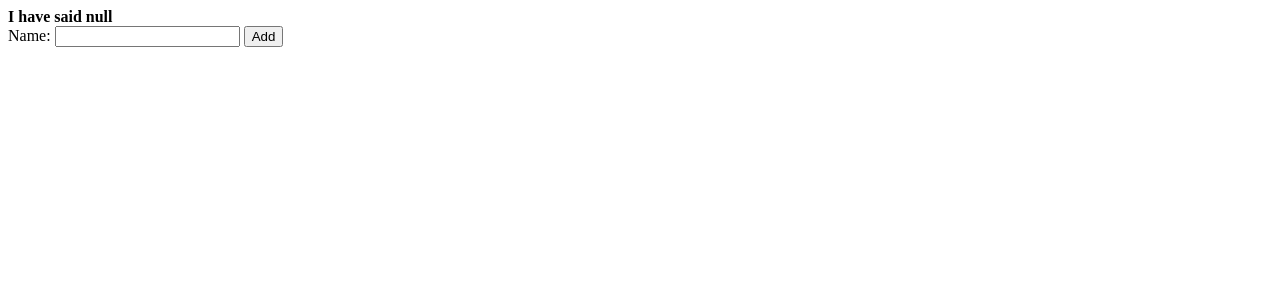
Repository: Mujaddin/Java_Servlet_3
Page: http://localhost/MitraisServlet/Servlet
These files come from the project's save history. The page is drawn as it stood at one moment and after the next save; the edit follows.
The browser window is 1280 px wide. The pictures show the whole page.
The page is served by Tomcat 9. Other server files are loaded and not shown.

Above is the page before, as saved 2017-04-21 04:13:30.

### project4-exercise/MitraisServlet/WebContent/hello.jsp
<%@page import="serveltPackage.Student"%>
<%@page import="java.util.ArrayList"%>
<%@page import="java.util.List"%>

<%@ page language="java" contentType="text/html; charset=ISO-8859-1"
	pageEncoding="ISO-8859-1"%>
<!DOCTYPE html PUBLIC "-//W3C//DTD HTML 4.01 Transitional//EN" "http://www.w3.org/TR/html4/loose.dtd">
<html>
<head>
<meta http-equiv="Content-Type" content="text/html; charset=ISO-8859-1">
<title>Insert title here</title>
</head>
<body>
	<%
		String hello = (String) session.getAttribute("hello");
	%>
	<b>I have said <%=hello%></b>
	<form action="Servlet" method="post">
	Name:
	<input name= "name" type="textbox"/>
		<button name="add" type ="submit" >Add</button>
	</form>
	<%List<Student> studentList= (List) session.getAttribute("listStudent"); Integer id=0;%>
	<%if(studentList==null||studentList.size()==0){
	out.println();
}else{
	for(Student student: studentList){
		id++;
		out.println(student.getId() + " " + student.getName());
		out.println("<br>");
		out.println("<a href='/MitraisServlet/Servlet?id="+student.getId()+"'><button name=btn"+id+">remove</button></a><br>");
		out.println("<br>");
	}
} %>
</body>
</html>

### project4-exercise/MitraisServlet/src/serveltPackage/Servlet.java
package serveltPackage;

import java.io.IOException;
import java.io.PrintWriter;
import java.util.ArrayList;
import java.util.List;
import java.util.stream.Collectors;

import javax.servlet.ServletException;
import javax.servlet.annotation.WebServlet;
import javax.servlet.http.HttpServlet;
import javax.servlet.http.HttpServletRequest;
import javax.servlet.http.HttpServletResponse;
import javax.servlet.jsp.JspWriter;

/**
 * Servlet implementation class Servlet
 */
@WebServlet(description = "This is a new sample servlet by Muhammad Jamaluddin", urlPatterns = { "/Servlet" })
public class Servlet extends HttpServlet implements javax.servlet.Servlet {
	private static final long serialVersionUID = 1L;

	/**
	 * @see HttpServlet#doGet(HttpServletRequest request, HttpServletResponse
	 *      response)
	 */
	List<Student> listStudents = new ArrayList<Student>();
	protected void doGet(HttpServletRequest request, HttpServletResponse response)
			throws ServletException, IOException {
		// TODO Auto-generated method stub
		if(request.getParameter("id")!=null){
			Integer id = Integer.parseInt(request.getParameter("id"));
			listStudents = listStudents.stream().filter(s->!s.getId().equals(id)).collect(Collectors.toList());
		}
		request.getSession().setAttribute("listStudent", listStudents);
		request.getRequestDispatcher("/hello.jsp").forward(request, response);

	}

	protected void doPost(HttpServletRequest request, HttpServletResponse response)
			throws ServletException, IOException {
		// TODO Auto-generated method stub
		if(listStudents.size()==0){
			Student student= new Student(request.getParameter("name"), 1);
			listStudents.add(student);
		}else{
			Student student= new Student(request.getParameter("name"), listStudents.get(listStudents.size()-1).getId()+1);
			listStudents.add(student);
		}

		request.getSession().setAttribute("listStudent", listStudents);
		request.getRequestDispatcher("/hello.jsp").forward(request, response);

	}




}

After the next save:
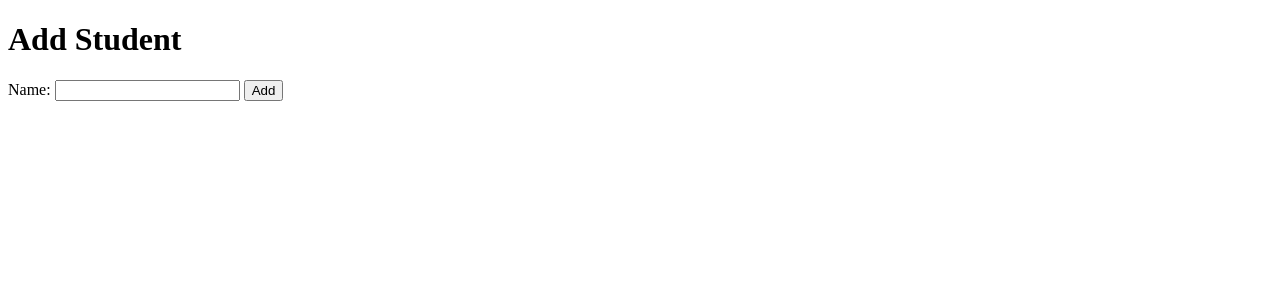
Saved 4 min 52 s later.
--- a/project4-exercise/MitraisServlet/WebContent/hello.jsp
+++ b/project4-exercise/MitraisServlet/WebContent/hello.jsp
@@ -11,10 +11,8 @@
 <title>Insert title here</title>
 </head>
 <body>
-	<%
-		String hello = (String) session.getAttribute("hello");
-	%>
-	<b>I have said <%=hello%></b>
+
+	<h1>Add Student</h1>
 	<form action="Servlet" method="post">
 	Name:
 	<input name= "name" type="textbox"/>
